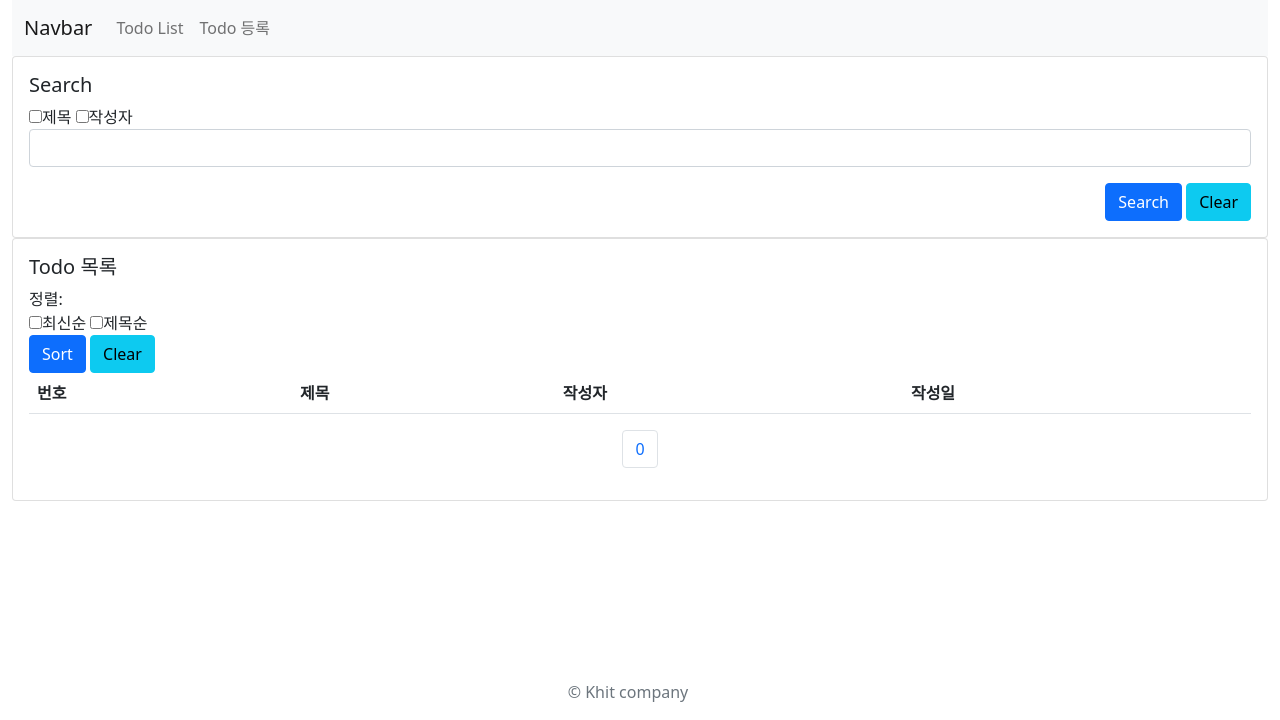
Repository: KyoungHwanJeong/springworks
Page: http://localhost/todoweb/WEB-INF/views/todo/pagelist.jsp
An editor plug-in stored every save of this project. The page is shown before and after the next save, followed by the edit.
The browser window is 1280 px wide. The pictures show the whole page.
The page is served by Tomcat 9. Nobody is signed in. Other server files are loaded and not shown. The template is opened directly, without the code that normally fills it, so the values that code supplies are empty.

Above is the page before, as saved 2024-01-10 03:39:33.

### todoweb/src/main/webapp/WEB-INF/views/todo/pagelist.jsp
<%@ page language="java" contentType="text/html; charset=UTF-8"
    pageEncoding="UTF-8"%>
<%@ taglib uri="http://java.sun.com/jsp/jstl/core" prefix="c" %>
<%@ taglib uri="http://java.sun.com/jsp/jstl/fmt" prefix="fmt" %>

<!DOCTYPE html>
<html>
<head>
<meta charset="UTF-8">
<title>Todo 목록</title>
</head>
<body>
	<div class="container-fluid">
		<jsp:include page="../layout/header.jsp" />
		<!-- 검색 영역 -->
		<div class="row content">
			<div class="col">
				<div class="card">
					<div class="card-body">
						<h5 class="card-title">Search</h5>
						<form action="/todo/paging" method="get">
							<div class="mb-3">
								<input type="checkbox" name="types" value="t"
									${pageRequestDTO.checkType('t') ? 'checked' : '' }>제목
								<input type="checkbox" name="types" value="w"
									${pageRequestDTO.checkType('w') ? 'checked' : '' }>작성자
								<input type="text" name="keyword" class="form-control"
									value="${pageRequestDTO.keyword}">
							</div>
							<div class="mb-3">
								<div class="float-end">
									<button type="submit" class="btn btn-primary">Search</button>
									<button type="reset" class="btn btn-info btnClear">Clear</button>
								</div>
							</div>
						</form>
					</div>
				</div>
			</div>
		</div>

		<!-- 본문 영역 -->
		<div class="row content">
			<div class="col">
				<div class="card">
					<div class="card-body">
						<h5 class="card-title">Todo 목록</h5>
							<form action="/todo/list_sort" method="get" class="list_sort">
								<div>
								<label>정렬: </label>
								<div>
								<input type="checkbox" name="sorts" value="recent"
								${pageRequestDTO.checkSort('recent') ? 'checked' : '' }>최신순
								<input type="checkbox" name="sorts" value="popular"
								${pageRequestDTO.checkSort('popular') ? 'checked' : '' }>제목순
								</div>
								<div>
									<button type="submit" class="btn btn-primary">Sort</button>
									<button type="reset" class="btn btn-info">Clear</button>
								</div>

								<!-- <select class="sort">
									<option type="text" name="sort" value="recent">최신순</option>
									<option type="text" name="sort" value="popular">제목순</option>
								</select>
								<input type="submit" value="정렬하기"> -->
								</div>
							</form>
						<table class="table">
							<thead>
								<tr>
									<th>번호</th><th>제목</th><th>작성자</th><th>작성일</th>
								</tr>
							</thead>
							<tbody>
								<c:forEach items="${responseDTO.dtoList}" var="todo">
								<tr>
									<td>${todo.tno}</td>
									<td><a href="/todo?tno=${todo.tno}&page=${responseDTO.page}">${todo.title}</a></td>
									<td>${todo.writer}</td>
									<td><fmt:formatDate value="${todo.createdDate}" pattern="yyyy년  MM월 dd일 HH:mm:ss" /></td>
								</tr>
								</c:forEach>
							</tbody>

						</table>

						<!-- 페이징 처리 -->
						<div class ="d-flex justify-content-center">
							<ul class="pagination flex-wrap">
								<!-- 이전 페이지 -->
								<c:if test="${responseDTO.prev}">
									<li class="page-item">
										<a class="page-link" href="/todo/paging?page=${responseDTO.startPage-1}">Previous</a>
									</li>
								</c:if>

								<!-- 페이지 번호 -->
								<c:forEach var="num" begin="${responseDTO.startPage}" end="${responseDTO.endPage}">
									<li class="page-item ${responseDTO.page eq num ? 'active' : '' }" >
										<a href="/todo/paging?page=${num}" class="page-link">${num}</a>
									</li>
								</c:forEach>

								<!-- 다음 페이지 -->
								<c:if test="${responseDTO.next}">
									<li class="page-item">
										<a class="page-link" href="/todo/paging?page=${responseDTO.endPage+1}">Next</a>
									</li>
								</c:if>
							</ul>
						</div><!-- 페이징 처리 -->
					</div>
				</div>
			</div>
		</div>	<!-- 본문 영역 닫기 -->
		<jsp:include page="../layout/footer.jsp"></jsp:include>
	</div>
	<script>
		//검색 조건 초기화
		let btnClear = document.querySelector(".btnClear");

		btnClear.addEventListener("click", function(){
			location.href = "/todo/paging";
		});

	</script>
</body>
</html>

### todoweb/src/main/webapp/WEB-INF/views/layout/header.jsp
<%@ page language="java" contentType="text/html; charset=UTF-8"
    pageEncoding="UTF-8"%>
<%@ taglib uri="http://java.sun.com/jsp/jstl/core" prefix="c" %>
<link href="https://cdn.jsdelivr.net/npm/bootstrap@5.1.3/dist/css/bootstrap.min.css" rel="stylesheet" integrity="sha384-1BmE4kWBq78iYhFldvKuhfTAU6auU8tT94WrHftjDbrCEXSU1oBoqyl2QvZ6jIW3" crossorigin="anonymous">
<script src="https://cdn.jsdelivr.net/npm/bootstrap@5.1.3/dist/js/bootstrap.bundle.min.js" integrity="sha384-ka7Sk0Gln4gmtz2MlQnikT1wXgYsOg+OMhuP+IlRH9sENBO0LRn5q+8nbTov4+1p" crossorigin="anonymous"></script>
<header>
<nav class="navbar navbar-expand-lg navbar-light bg-light">
  <div class="container-fluid">
    <a class="navbar-brand" href="/">Navbar</a>
    <button class="navbar-toggler" type="button" data-bs-toggle="collapse" data-bs-target="#navbarSupportedContent" aria-controls="navbarSupportedContent" aria-expanded="false" aria-label="Toggle navigation">
      <span class="navbar-toggler-icon"></span>
    </button>
    <div class="collapse navbar-collapse" id="navbarSupportedContent">
      <ul class="navbar-nav me-auto mb-2 mb-lg-0">
        <li class="nav-item">
          <a class="nav-link" href="/todo/paging">Todo List</a>
        </li>
        <li class="nav-item">
          <a class="nav-link" href="/todo/register">Todo 등록</a>
        </li>
      </ul>
    </div>
  </div>
</nav>

</header>

### todoweb/src/main/webapp/WEB-INF/views/layout/footer.jsp
<%@ page language="java" contentType="text/html; charset=UTF-8"
    pageEncoding="UTF-8"%>
<div class="row footer">
	<div class="row fixed-bottom">
		<footer>
			<p class="text-center text-muted">&copy; Khit company</p>
		</footer>
	</div>
</div>

After the next save:
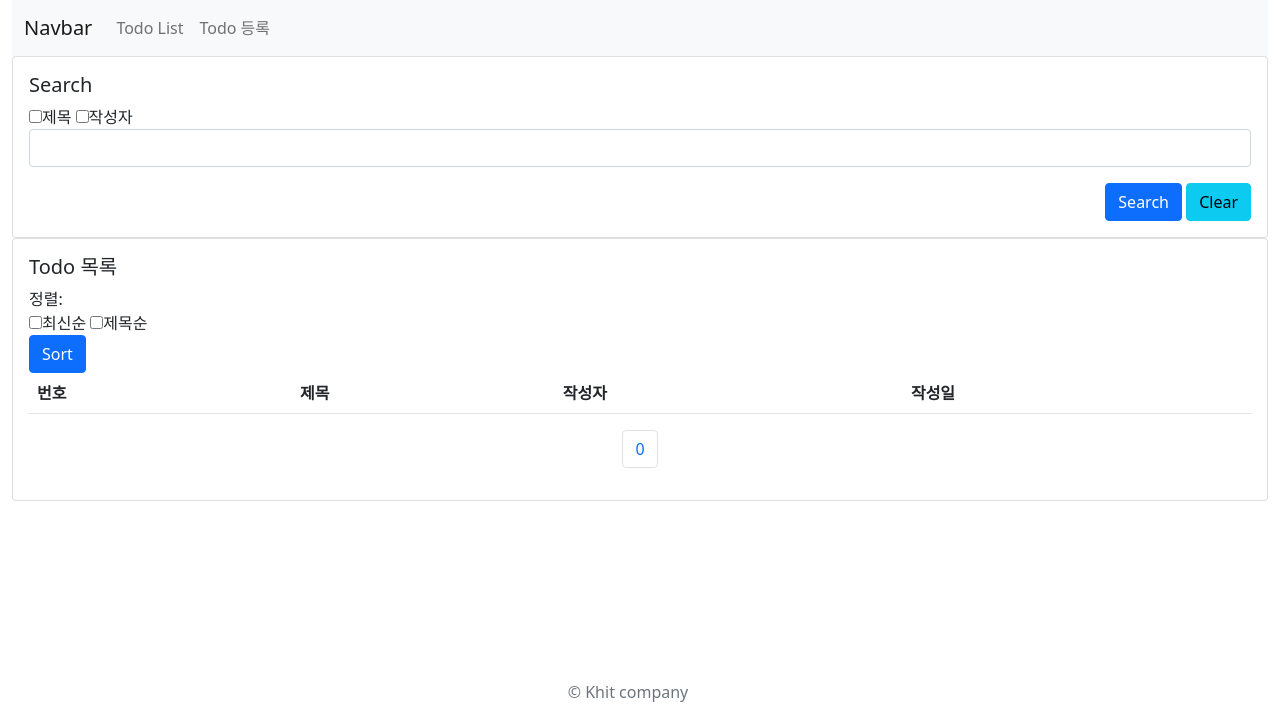
Saved 47 min 51 s later.
--- a/todoweb/src/main/webapp/WEB-INF/views/todo/pagelist.jsp
+++ b/todoweb/src/main/webapp/WEB-INF/views/todo/pagelist.jsp
@@ -56,7 +56,6 @@
 								</div>
 								<div>
 									<button type="submit" class="btn btn-primary">Sort</button>
-									<button type="reset" class="btn btn-info">Clear</button>
 								</div>
 
 								<!-- <select class="sort">
